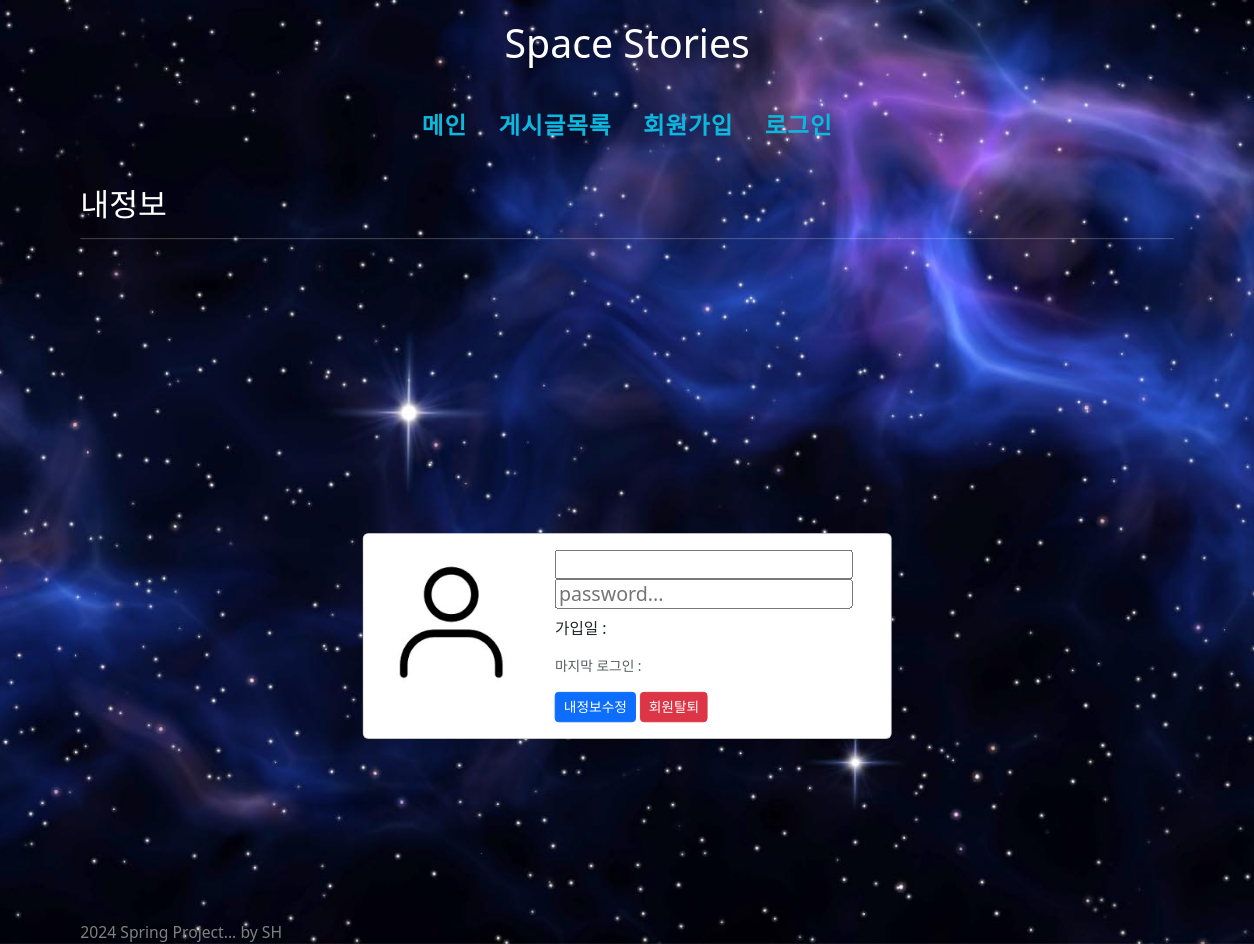
Repository: dtkd19/spring_personal_project
Page: http://localhost/myproject/WEB-INF/views/user/mypage.jsp
The author's editor kept a copy of each file at every save. The page is drawn from the files as they stood at one save, then again after the next save.
The browser window is 1280 px wide. The pictures show the whole page, at 98% of full size.
The page is served by Tomcat 9. Nobody is signed in. Other server files are loaded and not shown. The template is opened directly, without the code that normally fills it, so the values that code supplies are empty.

Above is the page before, as saved 2024-11-11 00:46:34.

### myproject/src/main/webapp/WEB-INF/views/user/mypage.jsp
<%@ page language="java" contentType="text/html; charset=UTF-8"
    pageEncoding="UTF-8"%>
<%@ taglib uri="http://java.sun.com/jsp/jstl/core" prefix="c"%>
<%@ taglib uri="http://www.springframework.org/security/tags" prefix="sec" %>
<link href="../resources/css/mypage.css" rel="stylesheet"/>

<jsp:include page="../layout/header.jsp" />
<div class="container-md Cmd">
	<h2> 내정보 </h2>
	<hr>

	<sec:authentication property="principal.uvo" var="uvo"/>
		<form action="/user/mypage" method="post">
		<input type="hidden" name="email" value="${uvo.email }">
		<div class="card mb-3" style="max-width: 540px;">
			<div class="row g-0">
				<div class="col-md-4">
					<img src="/resources/image/사람2.png" class="img-fluid rounded-start"
						alt="...">
				</div>
				<div class="col-md-8">
					<div class="card-body">
						<h5 class="card-title">
							<input type="text" id="n" name="nickName" value="${uvo.nickName }">
							<input type="text" id="p" name="pwd" placeholder="password...">
						</h5>
						<c:forEach items="${uvo.authList }" var="avo">
							<span class="badge text-bg-info">${avo.auth }</span>
						</c:forEach>
						<p class="card-text">가입일 : ${uvo.regDate }</p>
						<p class="card-text">
							<small class="text-body-secondary">마지막 로그인 :
								${uvo.lastLogin }</small>
						</p>
						<a href="/user/modify"><button type="submit" class = "btn btn-primary btn-sm">내정보수정</button></a>
						<a href="/user/delete"><button type="button" class = "btn btn-danger btn-sm">회원탈퇴</button></a>
					</div>
				</div>
			</div>
		</div>
		</form>

</div>
<jsp:include page="../layout/footer.jsp" />

### myproject/src/main/webapp/resources/css/mypage.css
@charset "UTF-8";

.Cmd{
	height: 700px;
}


.card{
	margin: 0 auto;
	margin-top: 300px;
}

### myproject/src/main/webapp/resources/css/header.css
@charset "UTF-8";

body{
	background-image: url("../image/123123123.jpg");
    background-size: cover;
    background-position: center center;
    background-repeat: no-repeat;

.nbar{
	width : 100%;
	color: #ECF0F5;
}

.nbar a{
	  color: #0DB8DE;
	  text-decoration: none;
	  font-weight: bold;
	  letter-spacing: 1px;
	  transition: color 0.3s ease;
	  margin-top: 10px;
}
.nbar a:hover {
    color: #0098C;
}

.container-md{
	margin-top: 30px;
	color: white;
}

.pj{
	padding: 20px;
	color: white;
}

Loaded but not shown: myproject/src/main/webapp/WEB-INF/views/layout/header.jsp (common file); myproject/src/main/webapp/WEB-INF/views/layout/footer.jsp (common file)

After the next save:
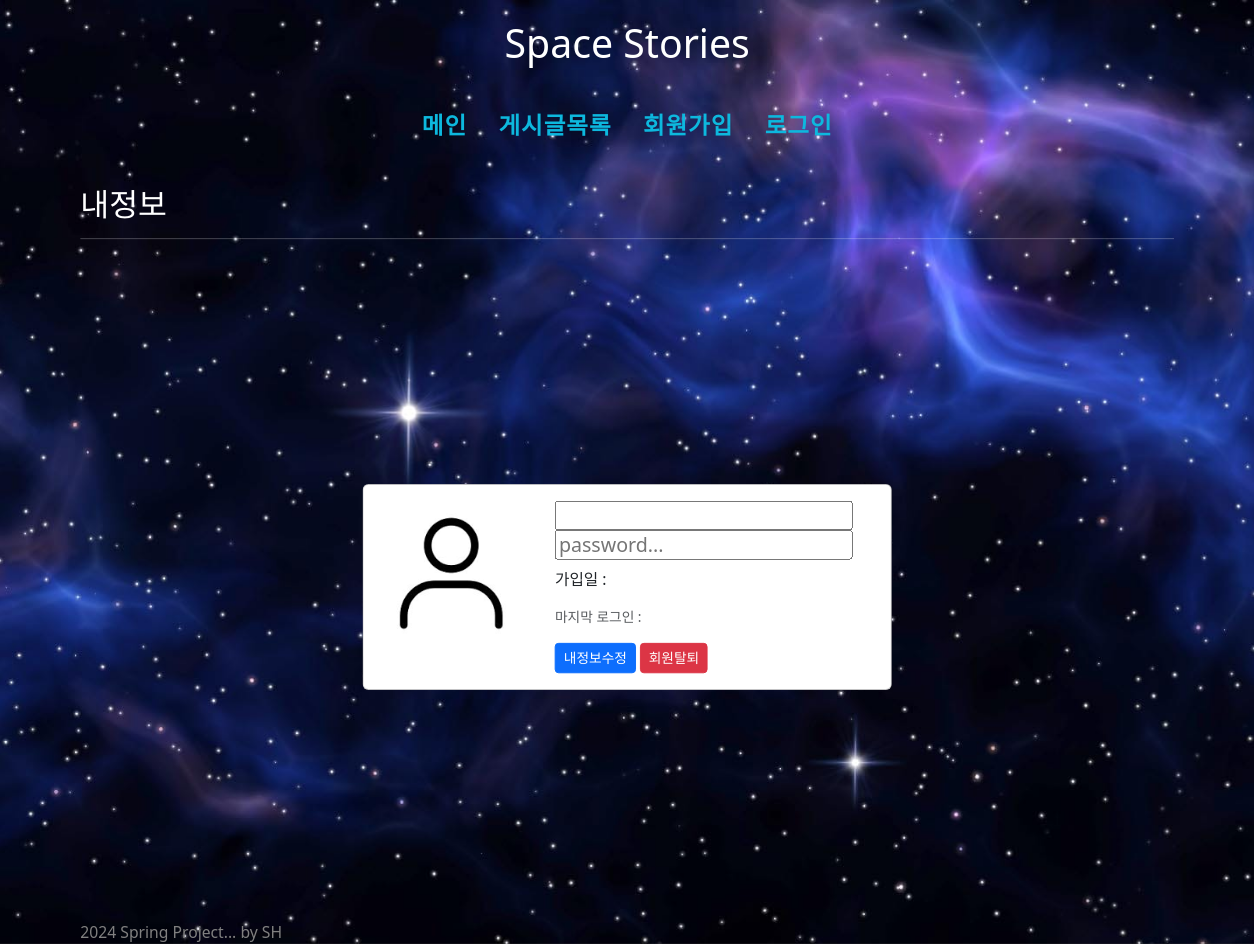
Saved 13 s later.
--- a/myproject/src/main/webapp/resources/css/mypage.css
+++ b/myproject/src/main/webapp/resources/css/mypage.css
@@ -7,5 +7,5 @@
 
 .card{
 	margin: 0 auto;
-	margin-top: 300px;
+	margin-top: 250px;
 }
